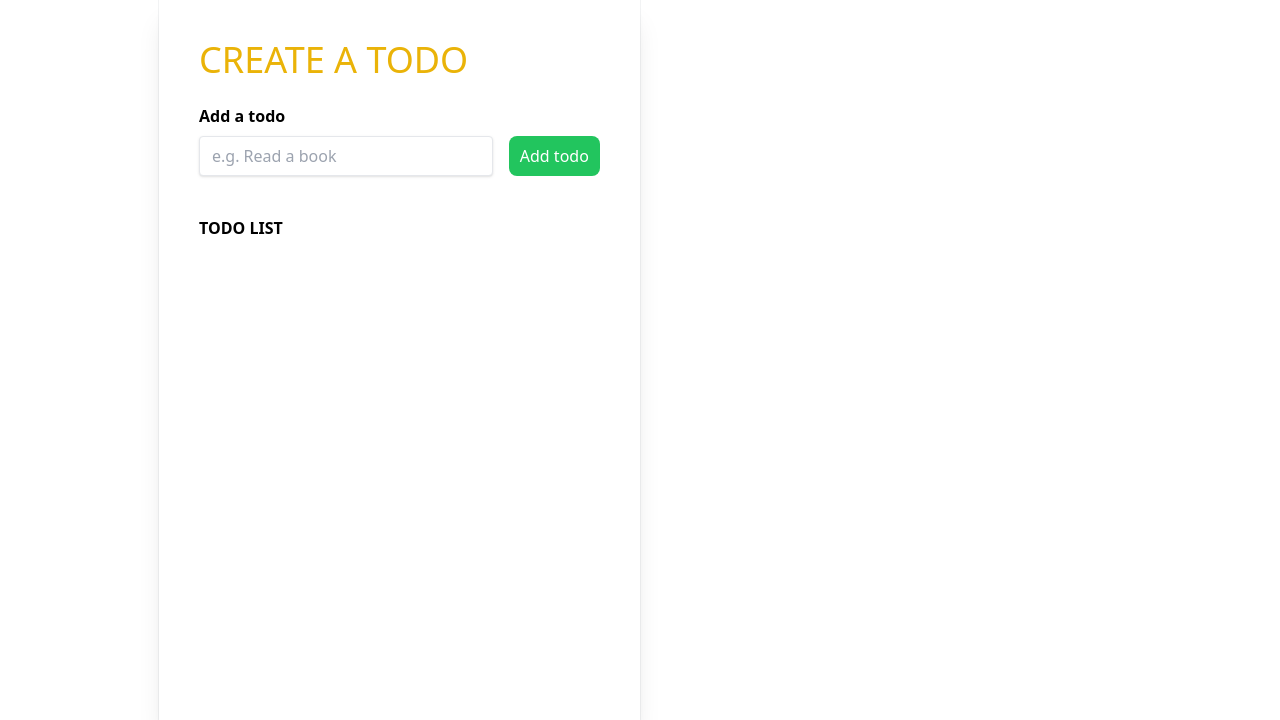
Repository: Kajo-lab/vue-todo
Page: /
The author's editor kept a copy of each file at every save. The page is drawn from the files as they stood at one save, then again after the next save.
The browser window is 1280 px wide. The pictures show the whole page.
The project was rebuilt for these pictures with package versions that can differ from the ones it lists, and the page was loaded fresh each time. Also part of the build but not shown: vite.config.js, webpack.config.js.

Above is the page before, as saved 2022-07-07 22:42:17.

After the next save:
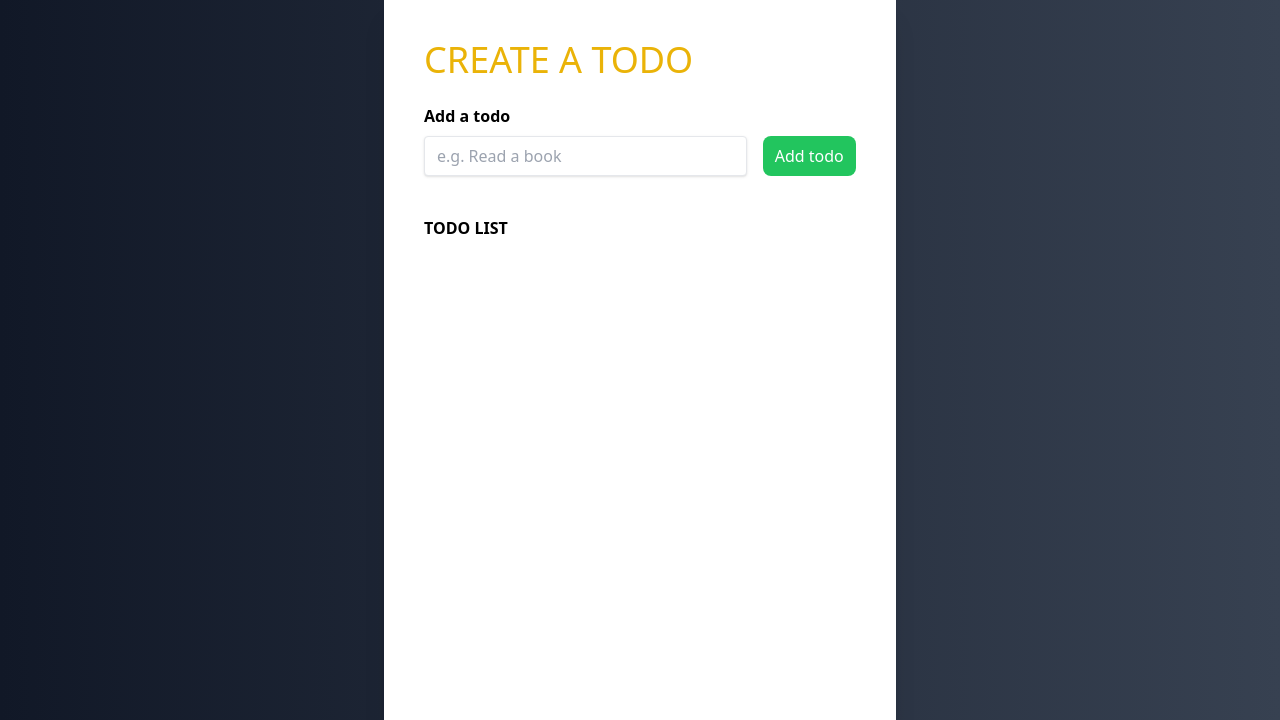
Saved 11 s later.
--- a/src/App.vue
+++ b/src/App.vue
@@ -7,65 +7,3 @@ import HelloWorld from './components/HelloWorld.vue'
     <HelloWorld />
   </main>
 </template>
-
-<style>
-
-#app {
-  max-width: 1280px;
-  margin: 0 auto;
-  padding: 2rem;
-
-  font-weight: normal;
-}
-
-header {
-  line-height: 1.5;
-}
-
-.logo {
-  display: block;
-  margin: 0 auto 2rem;
-}
-
-a,
-.green {
-  text-decoration: none;
-  color: hsla(160, 100%, 37%, 1);
-  transition: 0.4s;
-}
-
-@media (hover: hover) {
-  a:hover {
-    background-color: hsla(160, 100%, 37%, 0.2);
-  }
-}
-
-@media (min-width: 1024px) {
-  body {
-    display: flex;
-    place-items: center;
-  }
-
-  #app {
-    display: grid;
-    grid-template-columns: 1fr 1fr;
-    padding: 0 2rem;
-  }
-
-  header {
-    display: flex;
-    place-items: center;
-    padding-right: calc(var(--section-gap) / 2);
-  }
-
-  header .wrapper {
-    display: flex;
-    place-items: flex-start;
-    flex-wrap: wrap;
-  }
-
-  .logo {
-    margin: 0 2rem 0 0;
-  }
-}
-</style>
